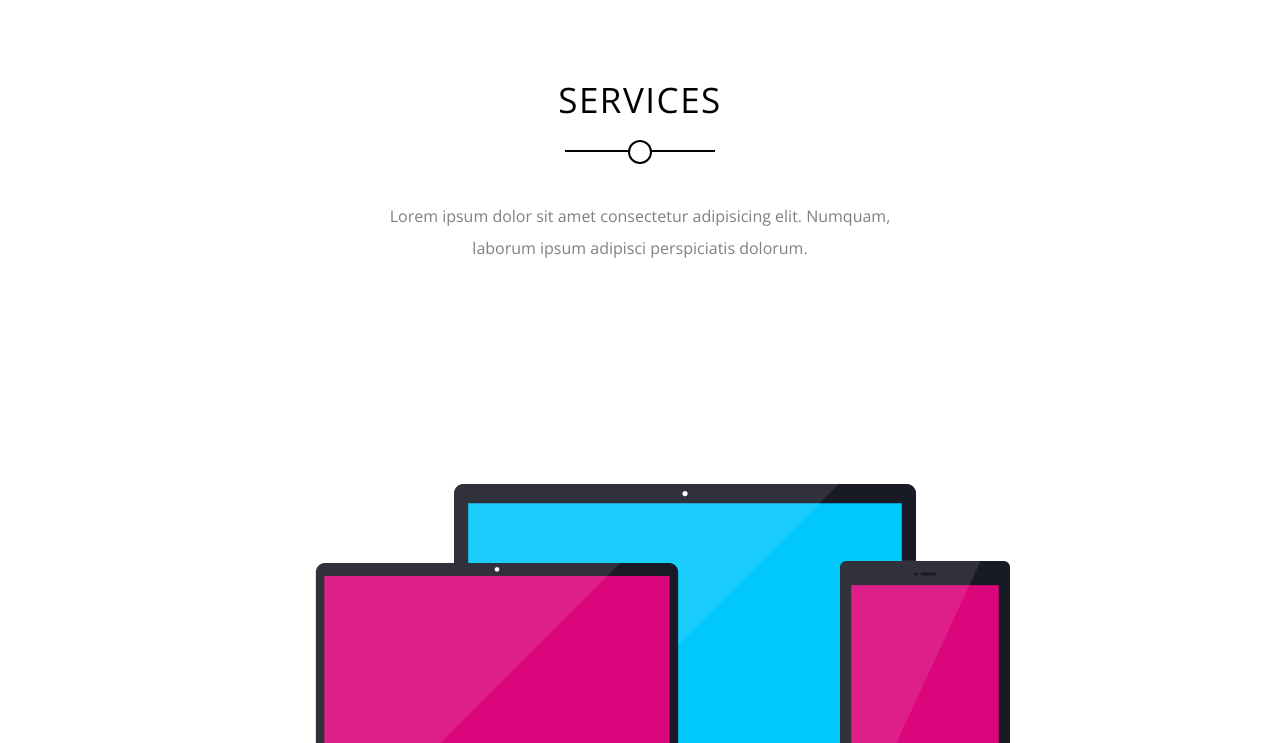
Repository: Ahmed123rezk123/Template_2
Page: index.html
An editor plug-in stored every save of this project. The page is shown before and after a run of saves, followed by the edit.
The browser window is 1280 px wide. The pictures show the part of the page from y = 4005 to 4748 px (the page is 4748 px tall before and 4628 px after).
A picture or video elsewhere on the page could not be fetched, so the positions and the page height are approximate. Some web fonts or font styles are not loaded; a fallback is used.

Above is the page before, as saved 2024-04-13 15:04:27.

### index.html
<!DOCTYPE html>
<html lang="en">
<head>
    <meta charset="UTF-8">
    <meta name="viewport" content="width=device-width, initial-scale=1.0">
    <title>Kasper | Template two</title>
    <!-- Render All Elements Normally -->
    <link rel="stylesheet" href="css/normalize.css">
    <!-- Font Awesome Library -->
    <link rel="stylesheet" href="css/all.min.css">
      <!-- Main Temlate css file -->
      <link rel="stylesheet" href="css/kasper.css">
    <!-- Google Fonts -->
    <link rel="preconnect" href="https://fonts.googleapis.com">
    <link rel="preconnect" href="https://fonts.gstatic.com" crossorigin>
    <link href="https://fonts.googleapis.com/css2?family=Edu+TAS+Beginner:wght@500&family=Open+Sans:wght@400;700&display=swap" rel="stylesheet">
    <!-- <link href="https://cdn.jsdelivr.net/npm/bootstrap@5.3.2/dist/css/bootstrap.min.css" rel="stylesheet"> -->
  </head>
<body>
<!-- Start Header -->
<header>
  <div class="container">
    <a href="#" class="logo">
      <img src="images/logo.png" alt="Logo">
    </a>
    <nav>
      <i class="fas fa-bars menu"></i>
      <ul>
       <li><a href="#" class="active">Home</a></li>
       <li><a href="#">Service</a></li>
       <li><a href="#">portfolio</a></li>
       <li><a href="#">About</a></li>
       <li><a href="#">Pricing</a></li>
       <li><a href="#">Contact</a></li>
      </ul>
      <div class="form">
        <i class="fas fa-search"></i>
      </div>
    </nav>
  </div>
</header>
<!-- End Header -->
<!-- Start Landing -->
    <section class="landing">
      <div class="overlay">
        <div class="text">
          <div class="content">
            <h2>
              Hello World<br>
              We Are Kasper We Make Art.
            </h2>
              <p>Lorem ipsum dolor sit amet consectetur adipisicing elit. Numquam,
                laborum ipsum adipisci perspiciatis dolorum debitis incidunt,
                sapiente corrupti doloribus, earum rem dicta quibusdam saepe voluptatem vero.
                  Commodi sed quidem laborio sam.</p>
          </div>
        </div>
      </div>
      <i class="fas fa-angle-left icon1 fa-2x"></i>
      <i class="fas fa-angle-right icon2 fa-2x"></i>
      <ul class="bullets">
        <li></li>
        <li class="active"></li>
        <li></li>
      </ul>
    </section>
<!-- End Landing -->
<!-- Start Services -->
    <section class="services">
      <div class="container">
      <div class="main-content">
        <h2>Services</h2>
        <p>Lorem ipsum dolor sit amet consectetur adipisicing elit. Numquam,
          laborum ipsum adipisci perspiciatis dolorum.</p>
      </div>
      <div class="services-content">
        <div class="div-content">
          <i class="fas fa-desktop"></i>
          <div class="text">
          <h2>Frontend Developer</h2>
          <p>Lorem, ipsum dolor sit amet consectetur adipisicing elit. Minus dolorum ipsam, ullam tenetur ab aliquid quia repudiandae .</p>
        </div>
        </div>
        <div class="div-content">
          <i class="fas fa-cog"></i>
          <div class="text">
            <h2>Frontend Developer</h2>
            <p>Lorem, ipsum dolor sit amet consectetur adipisicing elit. Minus dolorum ipsam, ullam tenetur ab aliquid quia repudiandae .</p>
          </div>
         </div>
        <div class="div-content">
          <i class="fas fa-pencil-ruler"></i>
          <div class="text">
            <h2>Frontend Developer</h2>
            <p>Lorem, ipsum dolor sit amet consectetur adipisicing elit. Minus dolorum ipsam, ullam tenetur ab aliquid quia repudiandae .</p>
          </div>
         </div>
        <div class="div-content">
          <i class="fas fa-camera"></i>
          <div class="text">
            <h2>Frontend Developer</h2>
            <p>Lorem, ipsum dolor sit amet consectetur adipisicing elit. Minus dolorum ipsam, ullam tenetur ab aliquid quia repudiandae .</p>
          </div>
          </div>
      </div>
      </div>
    </section>
<!-- End Services -->
<!-- Start Design -->
<section class="design">
  <div class="overlay">
    <div class="image">
      <img src="images/mobile.png" alt="">
    </div>
    <div class="text">
      <div class="content">
        <h2>OUR DESIGN COMES WITH...</h2>
        <div class="div-icon">
          <div class="div-content">
            <i class="fas fa-desktop lab1"></i>
            <span>Responsive Design</span>
          </div>
          <div class="div-content">
        <i class="fas fa-desktop lab2"></i>
        <span>Modern And Clean Design</span>
        </div>
        <div class="div-content">
        <i class="fas fa-desktop lab3"></i>
        <span>Clean Code</span>
        </div>
        <div class="div-content">
        <i class="fas fa-desktop lab4"></i>
        <span>Browser Friendly</span>
      </div>
      </div>
      </div>
    </div>
  </div>
</section>
<!-- End Design -->
<!-- Start Portfolio -->
<div class="portfolio">
  <div class="container">
    <div class="main-content">
      <h2>Portfolio</h2>
      <p>Lorem ipsum dolor sit amet consectetur adipisicing elit. Numquam,
        laborum ipsum adipisci perspiciatis dolorum.</p>
    </div>
    <ul class="shuffle">
      <li class="active">All</li>
      <li>App</li>
      <li>Photo</li>
      <li>Web</li>
      <li>Print</li>
    </ul>
    </div>
    <div class="imgs-content">
      <div class="box">
        <img src="images/shuffle-01.jpg" alt="">
        <div class="caption">
          <h4>Awesome Image</h4>
          <p>Photography</p>
        </div>
      </div>
      <div class="box">
        <img src="images/shuffle-02.jpg" alt="">
        <div class="caption">
          <h4>Awesome Image</h4>
          <p>Photography</p>
        </div>
      </div>
      <div class="box">
        <img src="images/shuffle-03.jpg" alt="">
        <div class="caption">
          <h4>Awesome Image</h4>
          <p>Photography</p>
        </div>
      </div>
      <div class="box">
        <img src="images/shuffle-04.jpg" alt="">
        <div class="caption">
          <h4>Awesome Image</h4>
          <p>Photography</p>
        </div>
      </div>
      <div class="box">
        <img src="images/shuffle-05.jpg" alt="">
        <div class="caption">
          <h4>Awesome Image</h4>
          <p>Photography</p>
        </div>
      </div>
      <div class="box">
        <img src="images/shuffle-06.jpg" alt="">
        <div class="caption">
          <h4>Awesome Image</h4>
          <p>Photography</p>
        </div>
      </div>
      <div class="box">
        <img src="images/shuffle-07.jpg" alt="">
        <div class="caption">
          <h4>Awesome Image</h4>
          <p>Photography</p>
        </div>
      </div>
      <div class="box">
        <img src="images/shuffle-08.jpg" alt="">
        <div class="caption">
          <h4>Awesome Image</h4>
          <p>Photography</p>
        </div>
      </div>
    </div>
    <a href="#" class="more">MORE</a>
    </div>
<!-- End Portfolio -->
<!-- Start Video -->
<div class="video">
  <video autoplay muted loop>
    <source src="images/awesome-video (1).mp4" type="video/mp4">
  </video>
  <div class="text">
      <h2>SUPER AWESOME VIDEO HERE</h2>
      <p>Its All You Need</p>
      <button>SEE MORE</button>
</div>
</div>
<!-- End Video -->

<!-- Start About -->
  <div class="about">
    <div class="container">
      <div class="main-content">
        <h2>Services</h2>
        <p>Lorem ipsum dolor sit amet consectetur adipisicing elit. Numquam,
          laborum ipsum adipisci perspiciatis dolorum.</p>
      </div>
          <img src="images/about.png" alt="">
    </div>
  </div>
<!-- End About -->
</body>
</html>

### css/kasper.css
/* Start Variable */
:root {
--main-color: #19c8fa;
--transparent-color: rgb(15 116 143 / 70%);
--section-padding: 100px;
}
/* End Variable */

/* Start Global Rules   */
* {
    -webkit-box-sizing: border-box;
    -moz-box-sizing: border-box;
    box-sizing: border-box;
   padding: 0;
   margin: 0;
}
html {
    scroll-behavior: smooth;
}
body{
    font-family: 'Open Sans', sans-serif;
}
 ul {
    list-style: none;
 }

 .container {
   margin-left: auto;
   margin-right: auto;
   padding-left: 15px;
   padding-right: 15px;
 }

/* Small */

@media(min-width: 768px) {
    .container {
       width: 750px;
    }
}

/* Medium */

@media(min-width: 992px) {
    .container {
        width: 970px;
    }
}

/* Large  */

@media(min-width: 1200px) {
    .container {
        width: 1170px;
    }
}
/* End Global Rules */
/* Start Component */

.main-content {
text-align: center;
}

.main-content h2 {
    position: relative;
text-transform: uppercase;
font-weight: normal;
letter-spacing: 1.5px;
font-size: 35px;
margin-bottom: 80px;
}
.main-content h2::before {
    position: absolute;
    content: '';
    top: 70px;
    left: 50%;
    transform: translateX(-50%);
    width: 150px;
    height: 2px;
    background-color: black;

}
.main-content h2::after {
position: absolute;
content: '';
top: 60px;
left: 50%;
transform: translateX(-50%);
width: 20px;
height: 20px;
border-radius: 50%;
border: 2px solid black;
background-color: #fff;

}
.main-content p {
    width: 550px;
    margin: 0 auto 100px;
    line-height: 2;
    max-width: 100%;
    color: gray;
}
/* End Component */

/* Start Header */
header {
position: absolute;
width: 100%;
left: 0;
z-index: 3;
}
header .container {
    display: flex;
    justify-content: space-between;
    align-items: center;
    position: relative;
    min-height: 97px;
}
header .container::after {
    content: "";
    position: absolute;
    background-color: #a2a2a2;
    height: 1px;
    width: calc(100% - 30px);
    bottom: 0;
    left: 15px;
}
header .logo img {
    height: 50px;
}
header nav {
    flex: 1;
    display: flex;
    justify-content: flex-end;
    align-items: center;
}
header nav .menu {
    color: #fff;
    font-size: 20px;
}
@media(min-width: 768px) {
    header nav .menu {
        display: none;
    }
}

header nav ul {
display: flex;
}
@media(max-width: 767px) {
    header nav ul {
        display: none;
    }
    header nav .menu:hover + ul {
        display: flex;
        flex-direction: column;
        position: absolute;
        top: 100%;
        left: 0;
        width: 100%;
        background-color: rgba(0, 0, 0, 50%);
    }
    header nav .menu:hover + ul li a {
        padding: 15px;
    }
}
header nav ul li a {
display: block;
text-decoration: none;
color: #fff;
padding: 40px 10px;
font-size: 15px;
transition: .5s;
position: relative;
z-index: 2;
}
header nav ul li a.active,
header nav ul li a:hover {
color:var(--main-color) ;
border-bottom: 2px solid var(--main-color);
}
header nav .form {
    width: 40px;
    height: 30px;
    position: relative;
    margin-left: 30px;
    border-left: 1px solid #fff;
}
header nav .form  i {
    color: #fff;
    position: absolute;
    top: 50%;
    transform: translateY(-50%);
    font-size: 20px;
    right: 0;
}
/* End Header */

/* Start Landing  */
    .landing {
        min-height: 100vh;
        background-image: url(../images/landing.jpg);
        background-size: cover;
        position: relative;
    }
    .landing .overlay {
        position: absolute;
        background-color: rgba(0, 0, 0, 50%);
        width: 100%;
        height: 100%;

    }
    .landing  .text {
     position: absolute;
     left: 0;
     top: 50%;
     transform: translateY(-50%);
     width: 50%;
     padding: 50px;
     background-color: var(--transparent-color);
     display: flex;
     justify-content: flex-end;
     color: white;

    }
    .landing .overlay .text .content {
       max-width: 500px;

    }

    @media(max-width: 767px) {
        .landing .text {
            width: 100%;
        }
        .landing .text .content {
            width: 100%;
        }
    }
    .landing .overlay .text .content h2 {

        font-size: 32px;
        font-weight: normal;
        margin-bottom: 30px;
        line-height: 1.5;

    }
    .landing .overlay .text .content p {
       font-size: 14px;
        line-height: 2 ;

    }
    .landing .icon1 {
        left: 30px;
        position: absolute;
        top: 50%;
        color: white;
        transform: translateY(-50%)
    }

    .landing .icon2 {
        position: absolute;
        right: 30px;
        top: 50%;
        color: white;
        transform: translateY(-50%);
    }

    @media(max-width: 767px) {
    .landing .icon1 ,
    .landing .icon2 {
        display: none;
    }
    }

    .landing .bullets {
        position: absolute;
        transform: translateX(-50%);
        bottom: 20px;
        left: 50%;
       display: flex;
    }
    .landing .bullets li {
    width: 20px;
    height: 20px;
    border-radius: 50%;
    border: 1px solid white;
    margin-left: 8px;
    }
    .landing .bullets .active {
        background-color: var(--main-color);
        border: 1 solid var(--main-color);
    }
/* End Landing  */

/* Strat Services */
.services {
    padding-top: var(--section-padding);
    padding-bottom: var(--section-padding);
}
.services .services-content  {
display: flex;
}


@media(min-width: 768px) {
    .services .services-content {
        display: grid;
        grid-template-columns: repeat(auto-fill,minmax(450px,1fr));
        grid-column-gap: 40px;
        grid-row-gap: 60px;

    }
}
.services .services-content  i{
    font-size: 45px;
    margin-right: 50px;
    position: absolute;
    }

.services-content h2 {
color: var(--main-color);
font-size: 22px;
display: inline-block;
margin-left: 100px;
letter-spacing: .8px;

}

.services-content p{
    color: gray;
    font-size: 16px;
    margin-top: 40px;
    margin-left: 100px;
    line-height: 2;
    letter-spacing: .5px;
    /* max-width: 400px; */
}
@media(max-width: 767px) {
    .services .services-content {
        display: flex;
        flex-direction: column;
        text-align: center;
        margin-bottom: 40px;
    }
    .services .services-content  i {
        margin: 0 0 30px;
        position: initial;
    }
    .services-content h2 {
        margin-left: 0;
    }
    .services-content p {
        margin-left: 0;
        margin-bottom: 20px;
    }
}
/* End Services */

/* Start Design */
.design {
    height: 600px;
    background-image: url(../images/design-features.jpg);
    background-size: cover;
    position: relative;
    overflow: hidden;
    display: flex;
    align-items: center;
}
.design .overlay {
    position: absolute;
        background-color: rgba(0, 0, 0, 50%);
        width: 100%;
        height: 100%;

}
.design .image {
    position: relative;
    width: 100%;
    height: 100%;
}
.design .image img {
      position: absolute;
      height: 80%;
    left: 200px;
   top: 200px;
   z-index: 2;
}
.design .overlay .text {
    position: absolute;
    right: 0;
    top: 50%;
    transform: translateY(-50%);
    width: 50%;
    padding: 50px;
    background-color: var(--transparent-color);
    color: white;
}

.design .overlay .text .content {
    max-width: 500px;
 }

 @media(max-width: 767px) {

     .design .overlay .text {
        width: 100%;
     }
     .design .image {
        display: none;
     }

 }

 .design .overlay .text .content h2 {

   margin-bottom: 50px;
     font-size: 25px;
     font-weight: normal;

 }
 .design .overlay .text .content span {
    font-size: 16px;
     line-height: 2 ;
   margin-left: 20px;
 }
 .design .overlay .text .content i {
    font-size: 17px;
 }
 .design .overlay .text .content .div-content {
   margin-bottom: 20px;
 }
/* End Design */


/* Start Portfolio */
.portfolio {
    padding-top: var(--section-padding);
    padding-bottom: var(--section-padding);
}

.portfolio .shuffle {
    display: flex;
    justify-content:center;
}
.portfolio .shuffle li {
padding: 10px;
}
.portfolio .shuffle li.active {
    color: white;
    background-color: var(--main-color);
}
.portfolio .imgs-content {
margin-top: 50px;
display: flex;
flex-wrap: wrap;
}
.portfolio .imgs-content .box {
    overflow: hidden;
position: relative;
}
.portfolio .imgs-content .box:hover .caption{
bottom: 0;
}
.portfolio .imgs-content .box:hover img {
transform: rotate(3deg) scale(1.1);
}

@media(min-width: 768px) {
    .portfolio .imgs-content .box {
        flex-basis: 50%;
        }
}
@media(min-width: 1199px) {
    .portfolio .imgs-content .box {
        flex-basis: 25%;
        }
}
.portfolio .imgs-content .box img {
    max-width: 100%;
    transition: .3s;
}
.portfolio .imgs-content .box .caption {
position: absolute;
left: 0;
padding: 20px;
background-color: white;
width: 100%;
transition: .3s;
bottom: -100%;
}
.portfolio .imgs-content .box:hover .caption h4{
   font-weight: normal;
   margin-bottom: 10px;
}
.portfolio .imgs-content .box:hover .caption p{
    color: var(--main-color);
}

.portfolio .more {
  display: block;
  width: fit-content;
    margin: 50px auto;
    text-decoration: none;
    color: white;
    background-color: var(--main-color);
    padding: 15px;
}
/* End Portfolio */

/* Start Video  */
.video {
    position: relative;
}
.video::before {
    content: "";
    position: absolute;
    background-color: rgba(0, 0, 0, 40%);
    width: 100%;
    height: 100%;
    left: 0;
    top: 0;
}
.video video {
width: 100%;
}
.video  .text {
position: absolute;
background-color: var(--transparent-color);
width: 100%;
padding: 50px;
transform: translateY(-50%);
top: 50%;
text-align: center;
}
.video .text h2 {
color: white;
margin-bottom: 30px;
font-weight: normal;
}
.video .text p {
color: white;
margin-bottom: 30px;
}

.video  .text button {
color: white;
background-color: #000;
padding: 10px 20px;
border: 0;
}

/* End Video  */

/* Start About */
.about {
    padding-top: var(--section-padding);
overflow: hidden;
text-align: center;
}
.about img {
    position: relative;
    bottom: -120px;
}
/* End About */

Loaded but not shown: css/normalize.css (library); css/all.min.css (library)

After the next 2 saves:
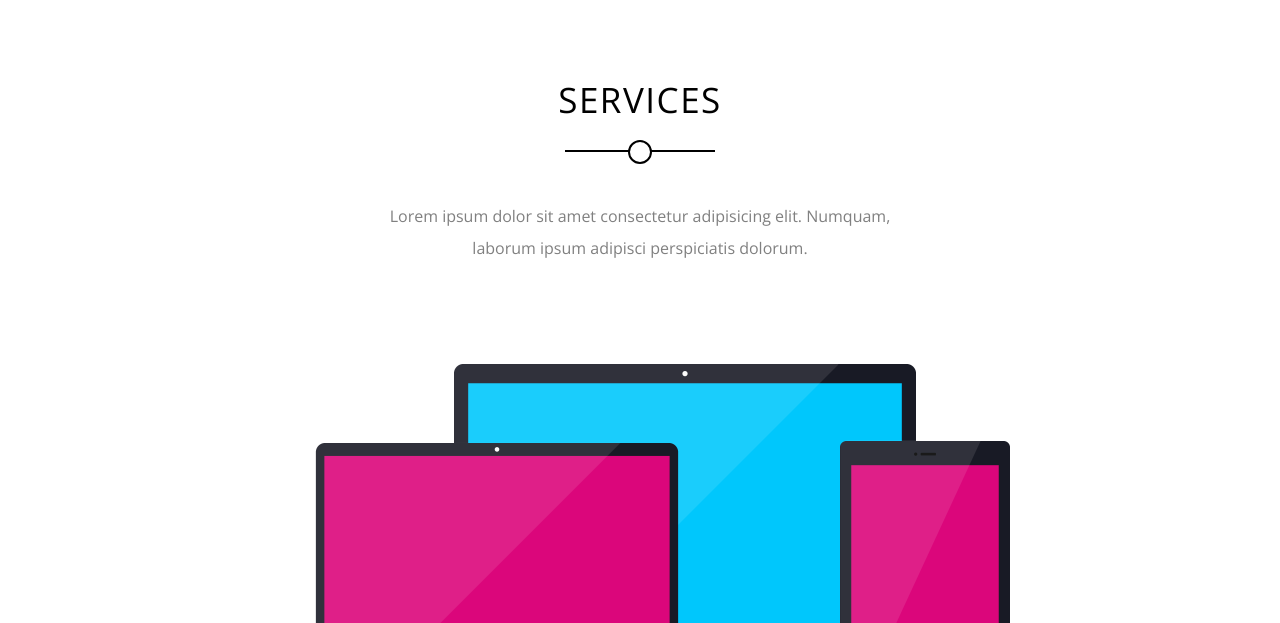
The 2 saves are shown as one change because they came seconds apart.
The last was saved 21 s later.
--- a/css/kasper.css
+++ b/css/kasper.css
@@ -560,5 +560,6 @@ text-align: center;
 .about img {
     position: relative;
     bottom: -120px;
+    margin-top: -120px;
 }
 /* End About */
